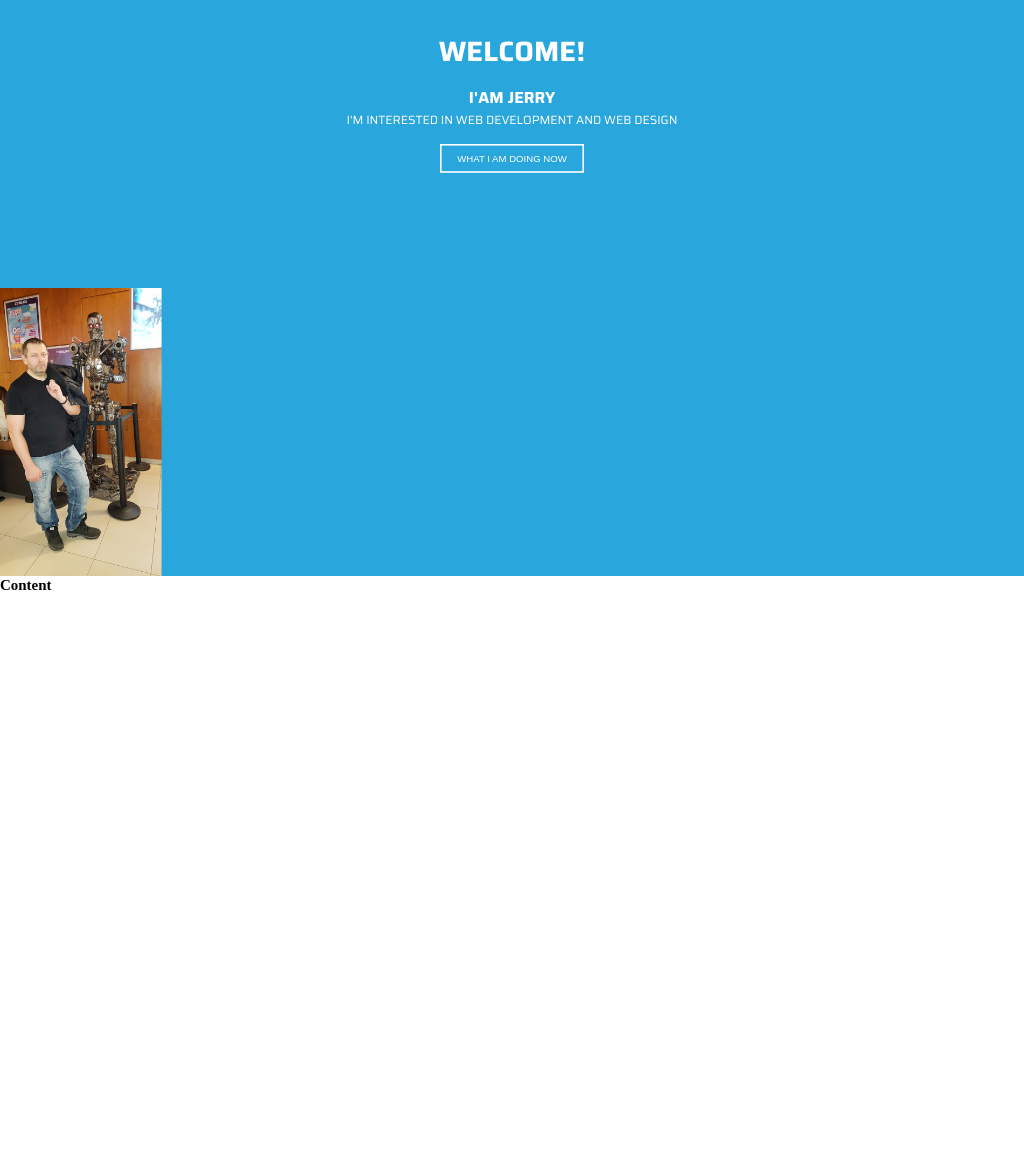
Repository: navanweb/dev
Page: jerry.html
These files come from the project's save history. The page is drawn as it stood at one moment and after the next save; the edit follows.
The browser window is 1280 px wide. The pictures show the whole page, at 80% of full size.

Above is the page before, as saved 2019-04-06 19:18:37.

After the next save:
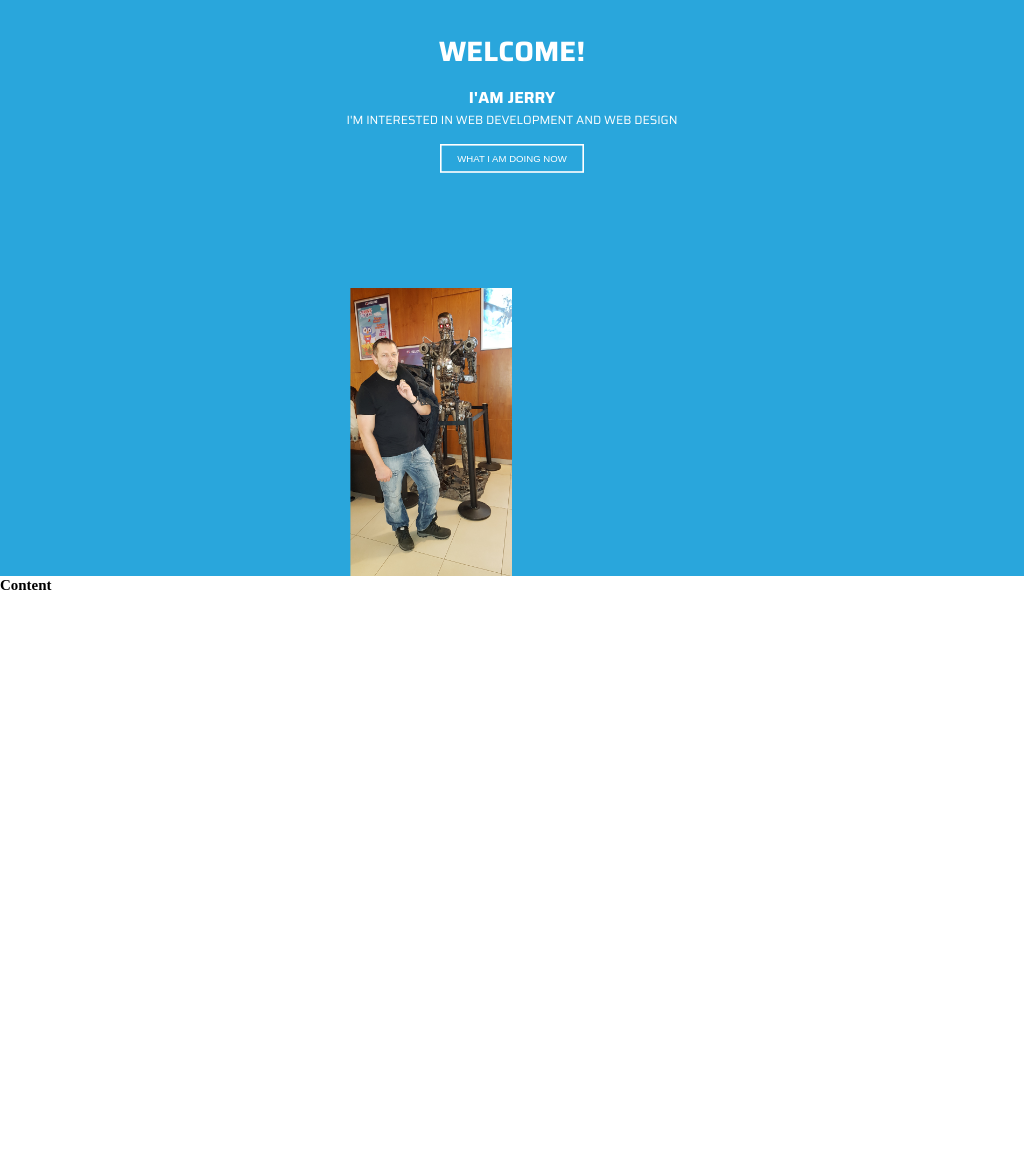
Saved 6 min 5 s later.
--- a/css/jerry.css
+++ b/css/jerry.css
@@ -22,7 +22,7 @@ header>* {
 header img {
     height: 50%;
     bottom: 0;
-    /* right: 0; */
+    right: 50%;
 }
 
 header .welcome {
